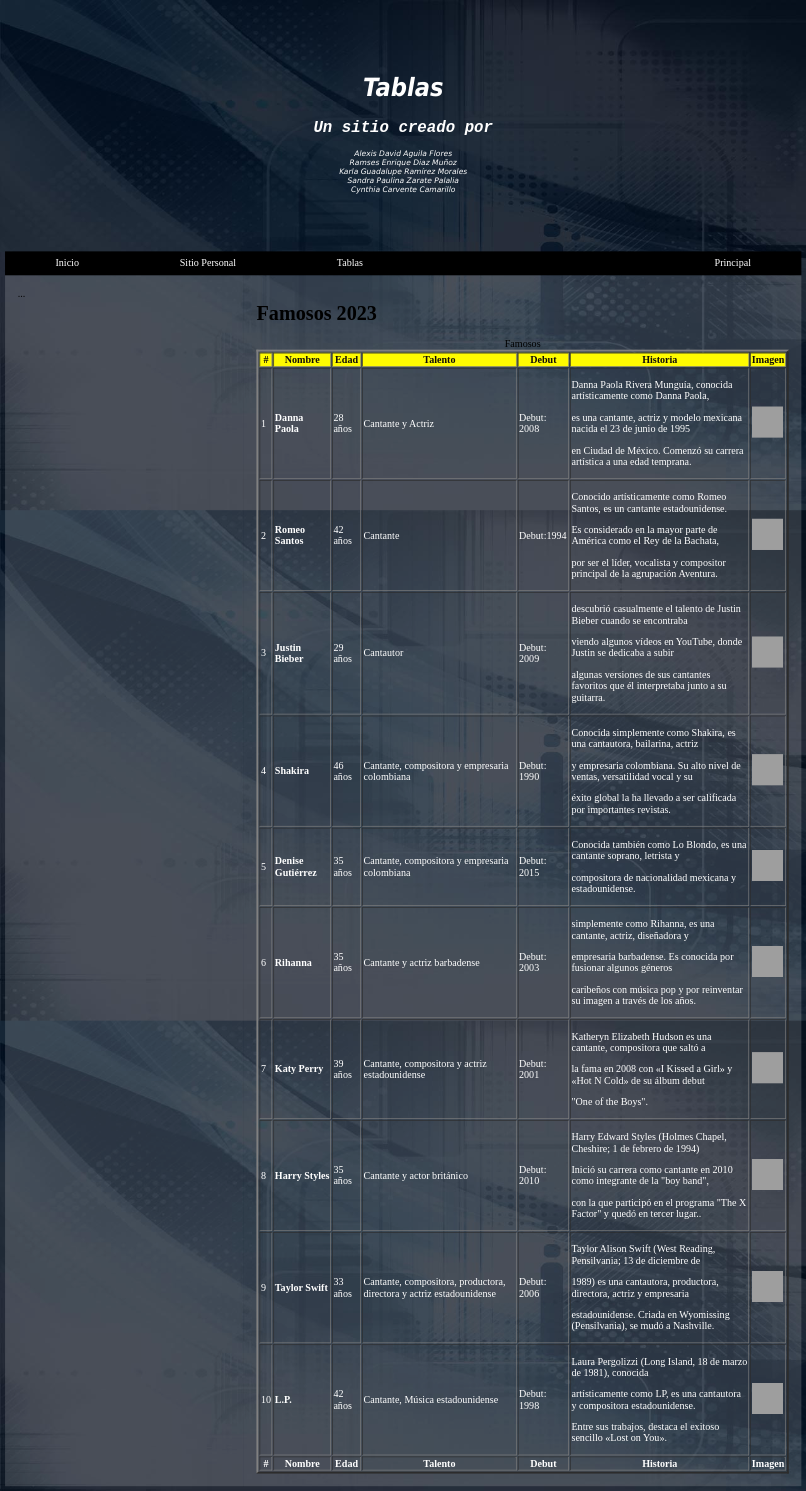
Repository: Dogueen/miniProyectoUniversidad
Page: miniProyecto/pages/tablas.html
An editor plug-in stored every save of this project. The page is shown before and after the next save, followed by the edit.
The browser window is 1280 px wide. The pictures show the whole page, at 63% of full size.
Pictures or frames that could not be fetched are drawn as grey boxes.

Above is the page before, as saved 2023-10-31 11:35:15.

### miniProyecto/pages/tablas.html
<!DOCTYPE html>
<html lang="es">



<head>
    <title>Ejemplo de un Website</title>
    <meta charset="UTF-8">
    <meta name="viewport" content="width=device-width, initial-scale=1">
    <link rel="stylesheet" type="text/css" href="../styles/tablas.css" />

    <style>
    </style>
</head>

<body>

    <div class="header">
        <h1>Tablas</h1>
        <h2> Un sitio creado por</h2>
        <dl>
            <dt>Alexis David Aguila Flores</dt>
            <dt>Ramses Enrique Diaz Muñoz</dt>
            <dt>Karla Guadalupe Ramírez Morales</dt>
            <dt>Sandra Paulina Zarate Palalia</dt>
            <dt>Cynthia Carvente Camarillo</dt>
        </dl>
    </div>

    <div class="navbar">
        <a href="inicio.html">Inicio</a>
        <a href="personal.html">Sitio Personal</a>
        <a href="tablas.html">Tablas</a>
        <a href="../principal.html" class="right">Principal</a>
    </div>

    <div class="row">
        <div class="side">...</div>
        <div class="main"><body>
            <h1>Famosos 2023</h1>

        <table border="3">
            <caption>Famosos</caption>
            <thead>
            <tr style=" background-color: rgb(255, 251, 0); color: #0e0a0a
            ;">
                <th>#</th>
                <th>Nombre</th>
                <th>Edad</th>
                <th>Talento</th>
                <th>Debut</th>
                <th>Historia</th>
                <th>Imagen</th>
            </tr>
            </thead><tbody>
            <tr style=" color: #ffffff ;">
                <td>1</td>
                <td><b>Danna Paola</b></td>
                <td>28 años</td>
                <td>Cantante y Actriz</td>
                <td>Debut: 2008 </td>
                <td><p>Danna Paola Rivera Munguía, conocida artísticamente como Danna Paola,</p>
                    <p>es una cantante, actriz y modelo mexicana nacida el 23 de junio de 1995</p>
                    <p>en Ciudad de México. Comenzó su carrera artística a una edad temprana.</p></td>
                <td>
                    <img src="https://tse2.mm.bing.net/th?id=OIP.2fKZFBXqqh_tXzieK95NMwHaHa&pid=Api&P=0&h=180" alt="descripcion de la imagen" width="50" height="50">
                </td>
            </tr>
            <tr style=" color: #ffffff ;">
                <td>2</td>
                <td><b>Romeo Santos</b></td>
                <td>42 años</td>
                <td>Cantante</td>
                <td>Debut:1994</td>
                <td><p>Conocido artísticamente como Romeo Santos, es un cantante estadounidense.</p>
                    <p>Es considerado en la mayor parte de América como el Rey de la Bachata,</p>
                    <p>por ser el líder, vocalista y compositor principal de la agrupación Aventura.</p></td>
                <td>
                    <img src="https://tse3.mm.bing.net/th?id=OIP.czh87NhNG3h058hLlqpQcgHaE5&pid=Api&P=0&h=180" alt="descripcion de la imagen" width="50" height="50">
                </td>
            </tr>
            <tr style=" color: #ffffff ;">
                <td>3</td>
                <td><b>Justin Bieber</b></td>
                <td>29 años</td>
                <td>Cantautor</td>
                <td>Debut: 2009 </td>
                <td><p>descubrió casualmente el talento de Justin Bieber cuando se encontraba</p>
                    <p>viendo algunos vídeos en YouTube, donde Justin se dedicaba a subir</p>
                    <p>algunas versiones de sus cantantes favoritos que él interpretaba junto a su guitarra.</p></td>
                <td>
                    <img src="https://s.yimg.com/fz/api/res/1.2/oy0MceollK5boXGxxNZTCA--~C/YXBwaWQ9c3JjaGRkO2ZpPWZpbGw7aD0yMjA7cT04MDt3PTE2NQ--/https://s.yimg.com/zb/imgv1/ae6fe20c-f179-3158-bc27-ace88caafc9a/t_500x300" alt="descripcion de la imagen" width="50" height="50">
                </td>
            </tr>
            <tr style=" color: #ffffff ;">
                <td>4</td>
                <td><b>Shakira</b></td>
                <td>46 años</td>
                <td>Cantante, compositora y empresaria colombiana</td>
                <td>Debut: 1990</td>
                <td><p>Conocida simplemente como Shakira, es una cantautora, bailarina, actriz</p>
                    <p>y empresaria colombiana. Su alto nivel de ventas, versatilidad vocal y su</p>
                    <p>éxito global la ha llevado a ser calificada por importantes revistas.</p></td>
                <td>
                    <img src="https://br.web.img3.acsta.net/pictures/15/09/24/11/19/077124.jpg" alt="descripcion de la imagen" width="50" height="50">
                </td>
            </tr>
            <tr style=" color: #ffffff ;">
                <td>5</td>
                <td><b>Denise Gutiérrez</b></td>
                <td>35 años</td>
                <td>Cantante, compositora y empresaria colombiana</td>
                <td>Debut: 2015 </td>
                <td><p>Conocida  también como Lo Blondo, es una cantante soprano, letrista y </p>
                    <p> compositora de nacionalidad mexicana y estadounidense.</p></td>
                <td>
                    <img src="http://p2.trrsf.com/image/fget/cf/600/600/images.terra.com/2014/08/17/denise-gutierrez-mym.jpg" alt="descripcion de la imagen" width="50" height="50">
                </td>
            </tr>
            <tr style=" color: #ffffff ;">
                <td>6</td>
                <td><b>Rihanna</b></td>
                <td>35 años</td>
                <td>Cantante y actriz barbadense</td>
                <td>Debut: 2003 </td>
                <td><p>simplemente como Rihanna, es una cantante, actriz, diseñadora y</p>
                    <p>empresaria barbadense. Es conocida por fusionar algunos géneros</p>
                <p>caribeños con música pop y por reinventar su imagen a través de los años.</p></td>
                <td>
                    <img src="https://thatgrapejuice.net/wp-content/uploads/2018/01/rihanna-fenty-beauty-2018-thatgrapejuice.jpg" alt="descripcion de la imagen" width="50" height="50">
                </td>
            </tr>
            <tr style=" color: #ffffff ;">
                <td>7</td>
                <td><b>Katy Perry</b></td>
                <td>39 años</td>
                <td>Cantante, compositora y actriz estadounidense</td>
                <td>Debut: 2001</td>
                <td><p>Katheryn Elizabeth Hudson es una cantante, compositora que saltó a</p>
                <p>la fama en 2008 con «I Kissed a Girl» y «Hot N Cold» de su álbum debut</p>
                <p>"One of the Boys".</p></td>
                <td>
                    <img src="https://thatgrapejuice.net/wp-content/uploads/2018/01/rihanna-fenty-beauty-2018-thatgrapejuice.jpg" alt="descripcion de la imagen" width="50" height="50">
                </td>
            </tr>
            <tr style=" color: #ffffff ;">
                <td>8</td>
                <td><b>Harry Styles</b></td>
                <td>35 años</td>
                <td>Cantante y actor británico</td>
                <td>Debut: 2010</td>
                <td><p>Harry Edward Styles (Holmes Chapel, Cheshire; 1 de febrero de 1994)</p>
                <p> Inició su carrera como cantante en 2010 como integrante  de la "boy band",</p>
                <p>con la que participó en el programa "The X Factor" y quedó en tercer lugar..</p></td>
                <td>
                    <img src="https://s.yimg.com/fz/api/res/1.2/.ydV9zweXuGcpbqbK_hIcw--~C/YXBwaWQ9c3JjaGRkO2ZpPWZpbGw7aD0yMjA7cT04MDt3PTE0NQ--/https://s.yimg.com/zb/imgv1/a87cb604-64be-3568-a4c6-cff440b6300f/t_500x300" alt="descripcion de la imagen" width="50" height="50">
                </td>
            </tr>
            <tr style=" color: #ffffff ;">
                <td>9</td>
                <td><b>Taylor Swift</b></td>
                <td>33 años</td>
                <td>Cantante, compositora, productora, directora y actriz estadounidense</td>
                <td>Debut: 2006</td>
                <td><p>Taylor Alison Swift (West Reading, Pensilvania; 13 de diciembre de</p>
                <p>1989) es una cantautora, productora, directora, actriz y empresaria</p>
                <p>estadounidense. Criada en Wyomissing (Pensilvania), se mudó a Nashville.</p></td>
                <td>
                    <img src="https://www.xtrafondos.com/wallpapers/taylor-swift-3661.jpg" alt="descripcion de la imagen" width="50" height="50">
                </td>
            </tr>
            <tr style=" color: #ffffff ;">
                <td>10</td>
                <td><b>L.P.</b></td>
                <td>42 años</td>
                <td>Cantante, Música estadounidense</td>
                <td>Debut: 1998</td>
                <td><p>Laura Pergolizzi (Long Island, 18 de marzo de 1981), conocida</p>
                <p>artísticamente como LP, es una cantautora y compositora estadounidense.</p>
                <p>Entre sus trabajos, destaca el exitoso sencillo «Lost on You».</p></td>
                <td>
                    <img src="https://burdas.cl/wp-content/uploads/2018/01/LP.jpg" alt="descripcion de la imagen" width="50" height="50">
                </td>
            </tr>
            </tbody>
          </body>
          <tfoot>
            <tr style=" color: #ffffff ;">
                <th>#</th>
                <th>Nombre</th>
                <th>Edad</th>
                <th>Talento</th>
                <th>Debut</th>
                <th>Historia</th>
                <th>Imagen</th>
            </tr>
          </tfoot>
        </table></div>
    </div>

</body>

</html>

### miniProyecto/styles/tablas.css
body {
    background-image: url("../images/bg-img.jpg");
}

.header {
    padding: 80px;
    text-align: center;
    color: white;
}

.header h1 {
    font-size: 40px;
    font-style: italic;
    font-family: Tahoma;
}

.header h2 {
    font-size: 25px;
    font-style: italic;
    font-family: monospace;
}

.header dl {
    font-size: 12px;
    font-style: italic;
    font-family: Verdana, Geneva, Tahoma, sans-serif;
}

.navbar {
    overflow: hidden;
    background-color: #000000;
}

.navbar a {
    float: left;
    display: block;
    color: white;
    text-align: center;
    padding: 10px 80px;
    text-decoration: none;
}

.navbar a:hover {
    background-color: #ddd;
    color: black;
}

.navbar a.right {
    float: right;
}

* {
    box-sizing: border-box;
}

.row {
    display: flex;
    flex-wrap: wrap;
}

.side {
    flex: 30%;
    background-color: #f1f1f12a;
    padding: 20px;
}

.main {
    flex: 70%;
    background-color: #f1f1f12a;
    padding: 20px;
}

@media screen and (max-width: 700px) {
    .row {
        flex-direction: column;
    }
}

@media screen and (max-width: 400px) {
    .navbar a {
        float: none;
        width: 100%;
    }
}

After the next save:
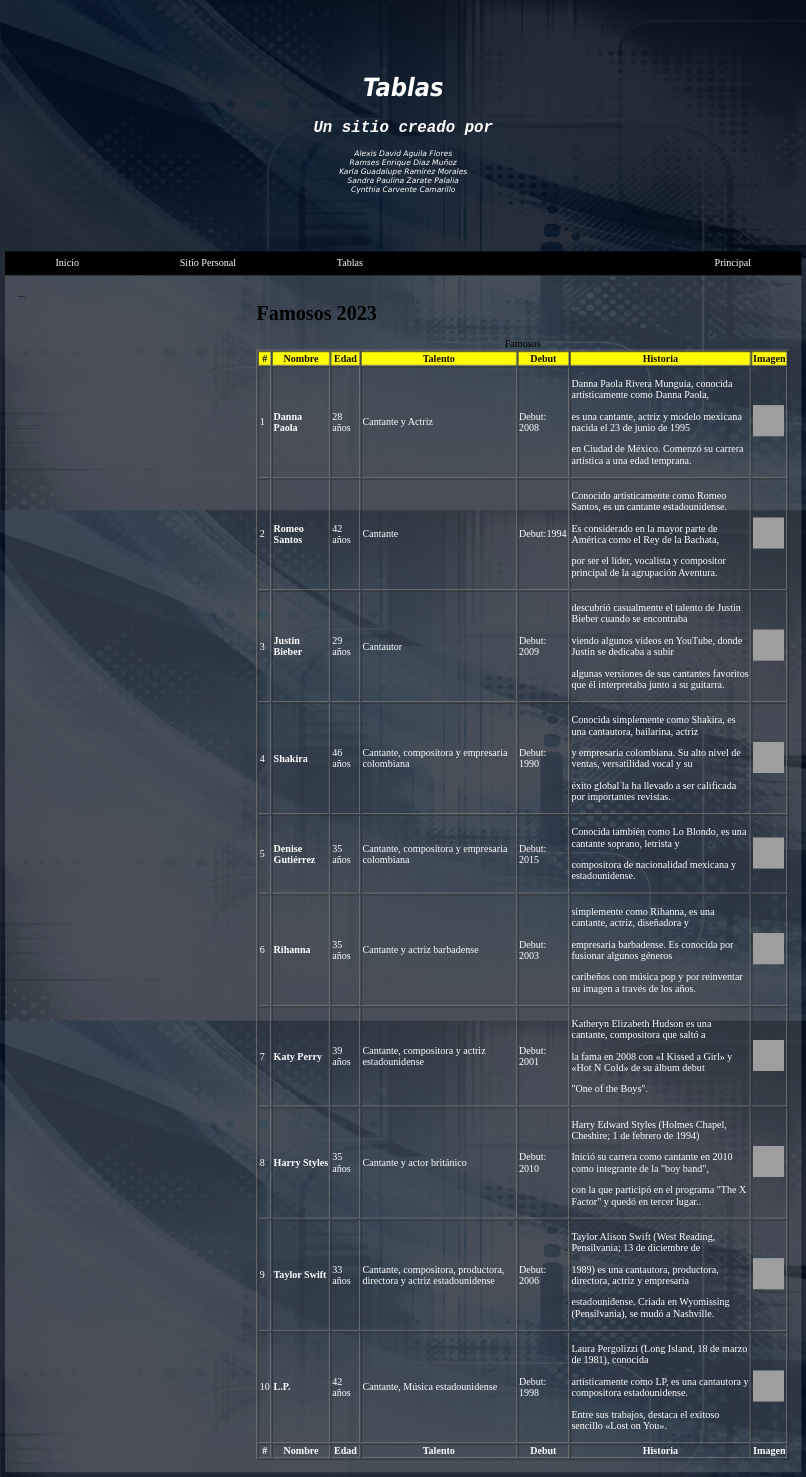
Saved 43 s later.
--- a/miniProyecto/pages/tablas.html
+++ b/miniProyecto/pages/tablas.html
@@ -39,7 +39,7 @@
         <div class="main"><body>
             <h1>Famosos 2023</h1>
 
-        <table border="3">
+        <table border="1">
             <caption>Famosos</caption>
             <thead>
             <tr style=" background-color: rgb(255, 251, 0); color: #0e0a0a
